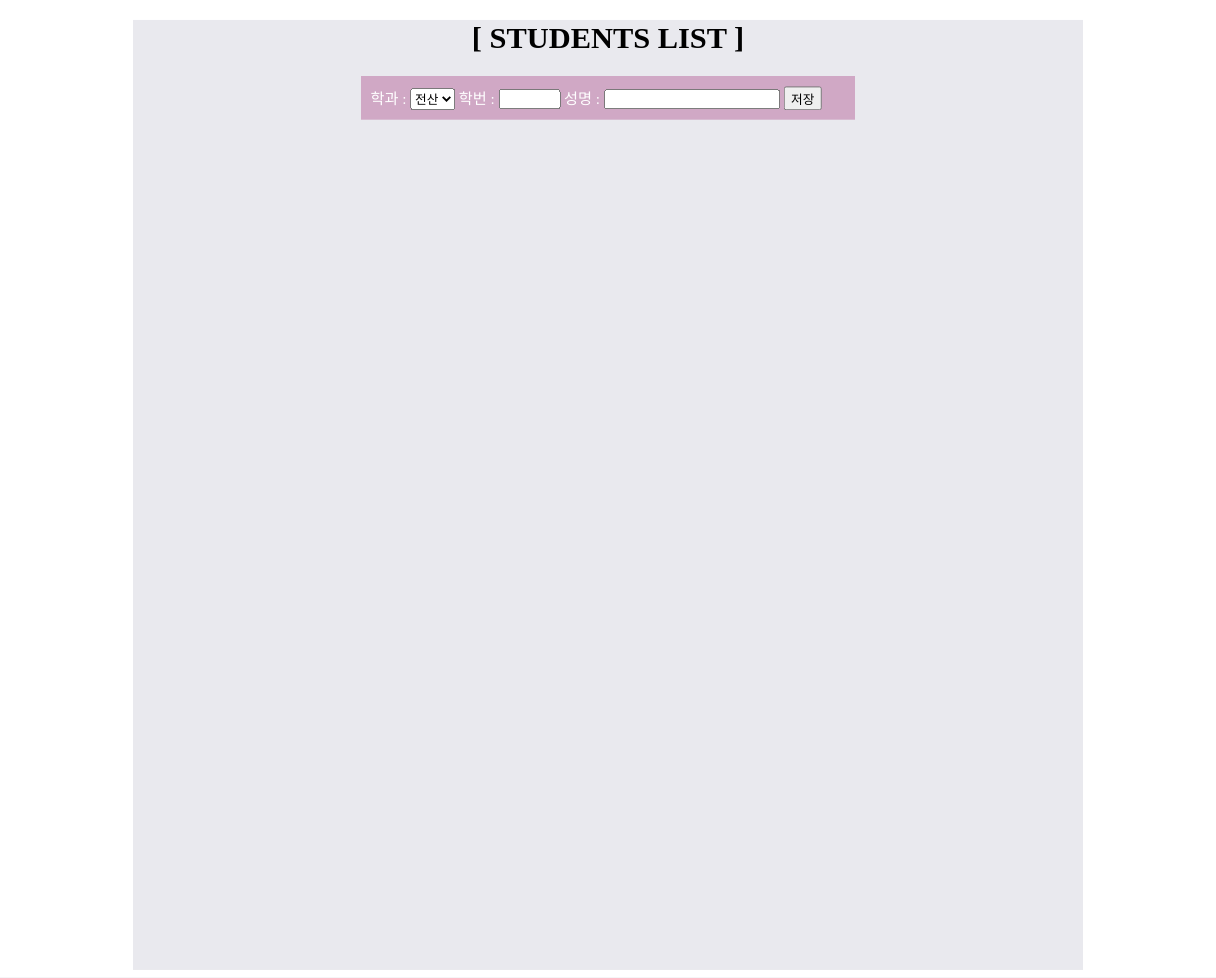
Repository: eeul07/html
Page: ex0508/WebContent/WEB-INF/students/slist.html
An editor plug-in stored every save of this project. The page is shown before and after the next save, followed by the edit.
The browser window is 1280 px wide. The pictures show the whole page, at 95% of full size.
Some web libraries are served in a nearby version.

Above is the page before, as saved 2020-05-08 01:07:22.

After the next save:
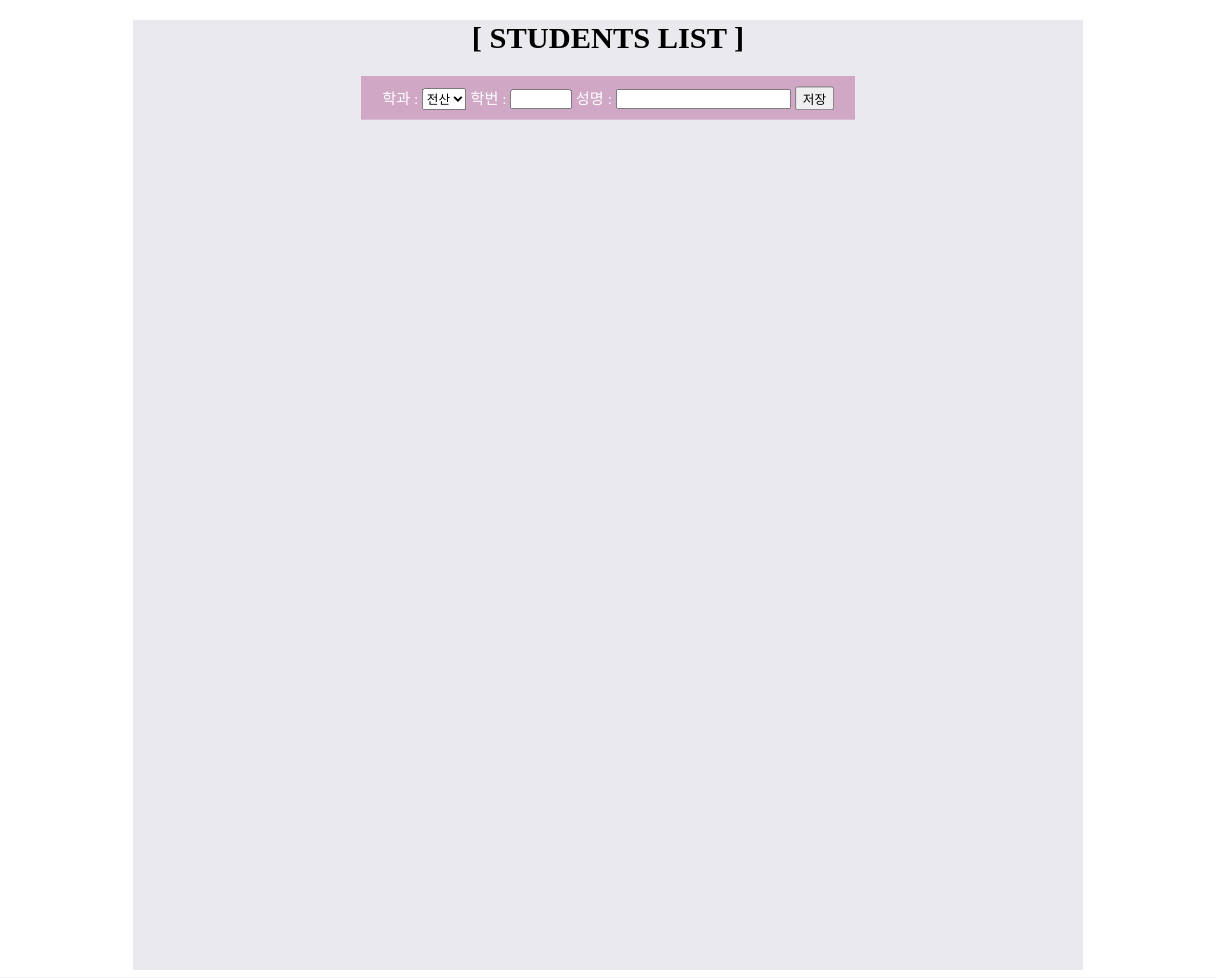
Saved 39 s later.
--- a/ex0508/WebContent/WEB-INF/students/slist.html
+++ b/ex0508/WebContent/WEB-INF/students/slist.html
@@ -9,7 +9,8 @@
 		#page{background:#E9E9EE; width:1000px; height:1000px; margin:auto;}
 		h1{text-align:center;}
 		select{height:23px;}
-		#students{background:#D0A8C5; color:white; width:500px; padding:10px; margin:auto;}
+		#students{background:#D0A8C5; color:white; width:500px; padding:10px; margin:auto;
+				text-align:center;}
 		#tbl{margin:10px; width:450px;}
 	</style>
 </head>
